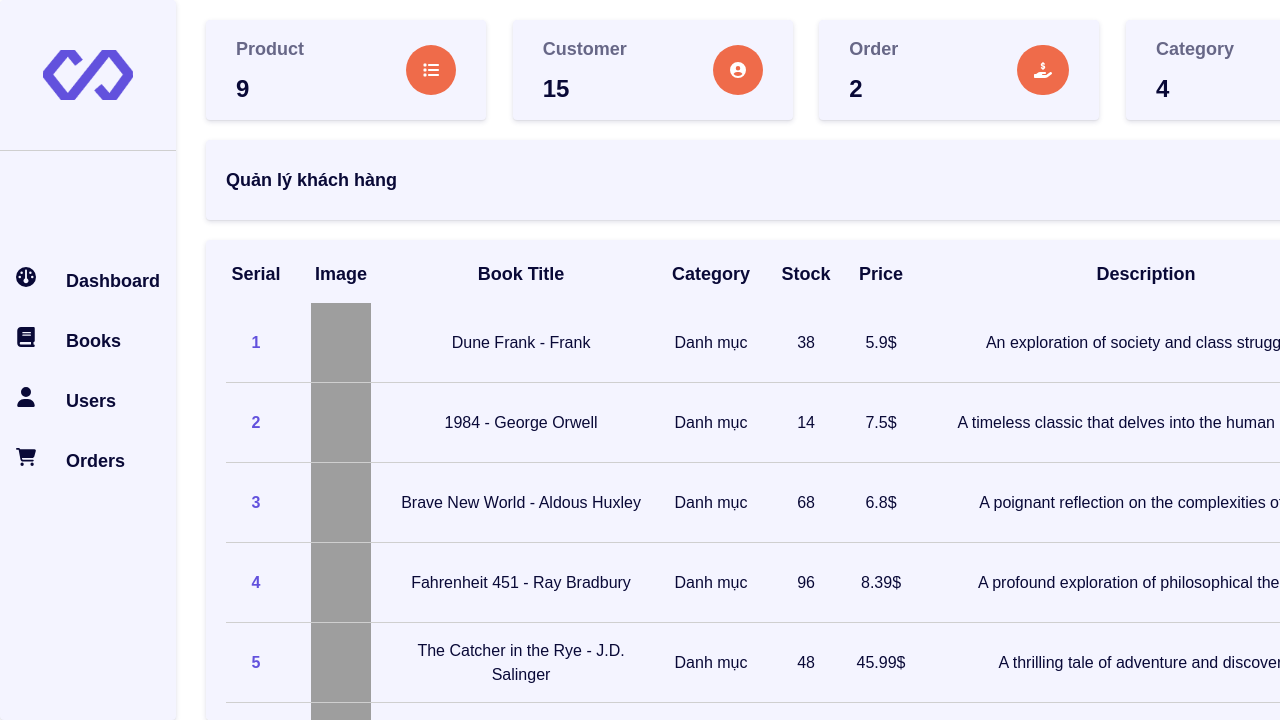
Repository: kauittt/BookStore_FE
Page: / (app in book-store/)
These files come from the project's save history. The page is drawn as it stood at one moment and after the next save; the edit follows.
The browser window is 1280 px wide. The pictures show the whole page.
Pictures or frames that could not be fetched are drawn as grey boxes. An inner scrolling area shows only its first screen. The project was rebuilt for these pictures with package versions that can differ from the ones it lists, and the page was loaded fresh each time. Also part of the build but not shown: book-store/vite.config.js, book-store/src/components/elements/FormInput.jsx, book-store/src/components/login-signup/Login.jsx, book-store/src/components/book/BookItem.jsx, book-store/src/components/book/BookList.jsx, book-store/src/components/elements/BackNavigation.jsx, book-store/src/components/book/BookDetail.jsx, book-store/src/components/cart/QuantitySelector.jsx and 5 more.

Above is the page before, as saved 2024-07-20 14:08:43.

### book-store/src/App.jsx
import Login from "./components/login-signup/Login";
import BookItem from "./components/book/BookItem";
import BookList from "./components/book/BookList";
import BookDetail from "./components/book/BookDetail";
import CartItem from "./components/cart/CartItem";
import Cart from "./components/cart/Cart";
import Checkout from "./components/checkout/Checkout";
import AdminNav from "./components/admin/AdminNav";
import ManageList from "./components/admin/ManageList";
import AdminPage from "./components/admin/AdminPage";
import Card from "./components/elements/Card";

const App = () => {
    //! Width - Height: 1536 - 703
    //! 270 - 255
    //! Width: 0.9
    //! Height: 0.585

    //* Semibold - Normal
    //* 3xl (Tiêu đề to) - lg (To hơn bình thường) - sm (Chú thích nhỏ) - Normal

    const data = [
        {
            image: "https://nhasachphuongnam.com/images/thumbnails/240/290/detailed/287/con-duong-hoi-giao-tb-2024.jpg",
            price: "5.9",
            name: "Dune Frank ",
            author: "Frank ",
        },
        {
            image: "https://i.pinimg.com/474x/57/70/55/5770553158ceac5870925fd79f9699eb.jpg",
            price: "7.5",
            name: "1984",
            author: "George Orwell",
        },
        {
            image: "https://listsach.com/wp-content/uploads/2020/05/bia-sach-dep-ngoi-nha-nghin-hanh-lang.jpg",
            price: "6.8",
            name: "Brave New World",
            author: "Aldous Huxley",
        },
        {
            image: "https://listsach.com/wp-content/uploads/2020/05/quyen-sach-co-bia-dep-khong-gia-dinh.jpg",
            price: "8.39",
            name: "Fahrenheit 451",
            author: "Ray Bradbury",
        },
        {
            image: "https://salt.tikicdn.com/cache/w1200/ts/product/03/ee/cc/9e91a112fb77049e9167f41ef62f832e.jpeg",
            price: "45.99",
            name: "The Catcher in the Rye",
            author: "J.D. Salinger",
        },
        {
            image: "https://intamphuc.vn/wp-content/uploads/2023/06/mau-bia-sach-dep-4.jpg",
            price: "9.2",
            name: "To Kill a Mockingbird",
            author: "Harper Lee",
        },
        {
            image: "https://vietart.co/blog/wp-content/uploads/2014/01/2_thiet_ke_bia_sach_dep_20.jpg",
            price: "5.0",
            name: "The Great Gatsby",
            author: "F. Scott Fitzgerald",
        },
        {
            image: "https://thegioidohoa.com/wp-content/uploads/2017/08/tong-hop-20-mau-bia-sach-doc-dao-nhat-nam-2017-7.jpg",
            price: "6.5",
            name: "Moby Dick",
            author: "Herman Melville",
        },
        {
            image: "https://encrypted-tbn0.gstatic.com/images?q=tbn:ANd9GcRVxy22da304ThgqLt9eKkHoYNLhIEgOL5vLCuA0X--bl323dKTKr0Q_H8tqkGQcfgcqA8&usqp=CAU",
            price: "7.8",
            name: "War and Peace",
            author: "Leo Tolstoy",
        },
        {
            image: "https://intamphuc.vn/wp-content/uploads/2023/06/mau-bia-sach-dep-2.jpg",
            price: "6.0",
            name: "Pride and Prejudice",
            author: "Jane Austen",
        },
    ];

    // Các mô tả mẫu để sử dụng
    const descriptions = [
        "A timeless classic that delves into the human psyche.",
        "An exploration of society and class struggles.",
        "A thrilling tale of adventure and discovery.",
        "A thought-provoking story that challenges conventional wisdom.",
        "A masterpiece of modern literature.",
        "A poignant reflection on the complexities of life.",
        "A gripping narrative that captivates the reader from start to finish.",
        "An emotional journey through love, loss, and redemption.",
        "A profound exploration of philosophical themes.",
        "An unforgettable story of courage and resilience.",
    ];

    // Hàm tạo số lượng ngẫu nhiên từ 1 đến 100
    function getRandomQuantity() {
        return Math.floor(Math.random() * 100) + 1;
    }

    // Hàm tạo mô tả ngẫu nhiên từ danh sách mô tả mẫu
    function getRandomDescription() {
        const index = Math.floor(Math.random() * descriptions.length);
        return descriptions[index];
    }

    // Tạo dữ liệu đa dạng cho mảng data
    const enhancedData = data.map((item) => ({
        ...item,
        quantity: getRandomQuantity(),
        description: getRandomDescription(),
    }));

    const detail = {
        image: "https://nhasachphuongnam.com/images/thumbnails/240/290/detailed/287/con-duong-hoi-giao-tb-2024.jpg",
        price: "5.9",
        name: "Dune",
        author: "Frank Herbert ",
        quantity: 10,
        description:
            "Contrary to popular belief, Lorem Ipsum is not simply random text. It has roots in a piece of classical Latin literature from 45 BC, making it over 2000 years old. Richard McClintock, a Latin professor at Hampden-Sydney College in Virginia, looked up one of the more obscure Latin words, consectetur, from a Lorem Ipsum passage, and going through the cites of the word in classical literature, discovered the undoubtable source. Lorem Ipsum comes from sections",
    };

    //! Sửa chổ quantity*price trong tính cart, checkout
    return (
        // container mx-auto
        <div className="text-text-normal  cursor-default select-none">
            {/* <Card name="Sản phẩm" quantity="15" icon={faList}></Card> */}

            <AdminPage books={enhancedData}></AdminPage>
            {/* <ManageList books={enhancedData}></ManageList> */}
            {/* <AdminNav></AdminNav> */}
            {/* <Checkout books={enhancedData}></Checkout> */}
            {/* <Cart books={enhancedData}></Cart> */}
            {/* <CartItem book={detail}></CartItem> */}
            {/* <BookDetail book={detail}></BookDetail> */}
            {/* <BookList title="Classic" books={data}></BookList> */}
            {/* <Login></Login> */}
        </div>
    );
};

export default App;

### book-store/src/index.css
@tailwind base;

* {
    scrollbar-width: thin;
}

@tailwind components;
@tailwind utilities;

.container {
    width: 100%;
}
@media (min-width: 640px) {
    .container {
        max-width: 640px;
    }
}
@media (min-width: 768px) {
    .container {
        max-width: 768px;
    }
    @media (min-width: 1024px) {
        .container {
            max-width: 1024px;
        }
    }
    @media (min-width: 1280px) {
        .container {
            max-width: 1280px;
        }
    }
    @media (min-width: 1400px) {
        .container,
        .container-lg,
        .container-md,
        .container-sm,
        .container-xl,
        .container-xxl {
            max-width: 1320px;
        }
    }
}

### book-store/src/components/admin/AdminNav.jsx
import PropTypes from "prop-types";
import { FontAwesomeIcon } from "@fortawesome/react-fontawesome";
import {
    faCartShopping,
    faUser,
    faBook,
    faGauge,
} from "@fortawesome/free-solid-svg-icons";

const AdminNav = () => {
    return (
        <div
            className="flex flex-col  gap-[100px]
            font-semibold text-lg  w-[260px]
            bg-bgr-main shadow-custom rounded"
        >
            <div
                className="w-full flex justify-center mt-[50px] pb-[50px]
            border-b border-border"
            >
                <img
                    src="./image/Logo.png"
                    alt="Logo"
                    className="w-[90px] h-[50px]  object-cover"
                />
            </div>

            <div>
                <div
                    className="p-[16px]
            transition-all duration-200 ease-in-out
            group hover:bg-bgr-white hover:shadow-custom rounded
            cursor-pointer"
                >
                    <p className="flex gap-[10px]">
                        <FontAwesomeIcon
                            className="mr-[20px] w-[20px] h-[20px]"
                            icon={faGauge}
                        />
                        Dashboard
                    </p>
                </div>
                <div
                    className="p-[16px]
            transition-all duration-200 ease-in-out
            group hover:bg-bgr-white hover:shadow-custom rounded
            cursor-pointer"
                >
                    <p className="flex gap-[10px]">
                        <FontAwesomeIcon
                            className="mr-[20px] w-[20px] h-[20px]"
                            icon={faBook}
                        />
                        Books
                    </p>
                </div>
                <div
                    className="p-[16px]
            transition-all duration-200 ease-in-out
            group hover:bg-bgr-white hover:shadow-custom rounded
            cursor-pointer"
                >
                    <p className="flex gap-[10px]">
                        <FontAwesomeIcon
                            className="mr-[20px]  w-[20px] h-[20px]"
                            icon={faUser}
                        />
                        Users
                    </p>
                </div>
                <div
                    className="p-[16px]
            transition-all duration-200 ease-in-out
            group hover:bg-bgr-white hover:shadow-custom rounded
            cursor-pointer"
                >
                    <p className="flex gap-[10px]">
                        <FontAwesomeIcon
                            className="mr-[20px] w-[20px] h-[20px]"
                            icon={faCartShopping}
                        />
                        Orders
                    </p>
                </div>
            </div>
        </div>
    );
};

AdminNav.propTypes = {
    book: PropTypes.object,
};
export default AdminNav;

### book-store/src/components/admin/ManageList.jsx
import React from "react";
import PropTypes from "prop-types";
import { FontAwesomeIcon } from "@fortawesome/react-fontawesome";
import {
    faCartShopping,
    faUser,
    faBook,
    faGauge,
} from "@fortawesome/free-solid-svg-icons";
import ManageItem from "./ManageItem";
import FormButton from "./../elements/FormButton";
const ManageList = (props) => {
    const category = [
        {
            group: "Order",
            fields: [
                { name: "Serial", width: "50px" },
                { name: "Customer Name", width: "150px" },
                { name: "Book Title", width: "150px" },
                { name: "Quantity", width: "100px" },
                { name: "Price", width: "100px" },
                { name: "Phone Number", width: "100px" },
                { name: "Address", flex: "1" }, // Use flex for flexible widths
            ],
        },
        {
            group: "Book",
            fields: [
                { name: "Serial", style: "w-[60px] text-center" },
                { name: "Image", style: "w-[80px] text-center" },
                { name: "Book Title", style: "w-[250px] text-center" },
                { name: "Category", style: "w-[100px] text-center" },
                { name: "Stock", style: "w-[60px] text-center" },
                { name: "Price", style: "w-[60px] text-center" },
                { name: "Description", style: "flex-1 text-center" },
            ],
        },
        {
            group: "User",
            fields: [
                { name: "Serial", width: "50px" },
                { name: "Username", width: "150px" },
                { name: "Name", width: "200px" },
                { name: "Role", width: "100px" },
                { name: "Email", width: "200px" },
                { name: "Phone Number", width: "150px" },
                { name: "Address", flex: "1" },
            ],
        },
    ];

    return (
        //* Danh sách sản phẩm
        <div
            className="max-w-[1200px] w-[1200px] p-[20px] pr-[40px]
        flex flex-col gap-[15px] bg-bgr-main shadow-custom rounded
        overflow-y-auto"
        >
            {/*//* Category */}
            <div
                className="flex justify-between items-center gap-[15px]
            font-semibold text-lg"
            >
                {category[1].fields.map((field, index) => (
                    <p key={index} className={`${field.style} `}>
                        {field.name}
                    </p>
                ))}
            </div>

            {/*//* List Item */}
            <div className="flex flex-col max-h-full ">
                {props.books.map((book, index) => (
                    <ManageItem
                        data={book}
                        category={category[1].fields}
                        key={index}
                        index={index}
                    ></ManageItem>
                ))}
            </div>
        </div>
    );
};
ManageList.propTypes = {
    books: PropTypes.array,
};
export default ManageList;

### book-store/src/components/admin/AdminPage.jsx
import React from "react";
import PropTypes from "prop-types";
import ManageList from "./ManageList";
import AdminNav from "./AdminNav";
import Card from "./../elements/Card";
import ManageTitle from "./ManageTitle";
import { FontAwesomeIcon } from "@fortawesome/react-fontawesome";
import {
    faCircleUser,
    faCartShopping,
    faHandHoldingDollar,
    faList,
} from "@fortawesome/free-solid-svg-icons";

const AdminPage = (props) => {
    return (
        <div
            className="flex gap-[30px] justify-between
        max-h-screen overflow-hidden
        "
        >
            {/*//* Left  */}
            <AdminNav></AdminNav>

            {/*//* Right  */}
            <div className="flex flex-col gap-[20px] pt-[20px] pr-[20px]">
                {/*//* Cards  */}
                <div className="flex justify-between items-center ">
                    <Card
                        name="Product"
                        quantity={9}
                        icon={faList}
                        color="#FD5859"
                    ></Card>
                    <Card
                        name="Customer"
                        quantity={15}
                        icon={faCircleUser}
                    ></Card>
                    <Card
                        name="Order"
                        quantity={2}
                        icon={faHandHoldingDollar}
                    ></Card>
                    <Card
                        name="Category"
                        quantity={4}
                        icon={faCartShopping}
                    ></Card>
                </div>

                {/*//* Title  */}
                <ManageTitle
                    name="Quản lý khách hàng"
                    button="Add User"
                ></ManageTitle>

                {/*//* List  */}
                <ManageList books={props.books}></ManageList>
            </div>
        </div>
    );
};

AdminPage.propTypes = {
    books: PropTypes.array,
};
export default AdminPage;

### book-store/src/components/elements/Card.jsx
import React from "react";
import PropTypes from "prop-types";
import { FontAwesomeIcon } from "@fortawesome/react-fontawesome";
import {
    faCircleUser,
    faCartShopping,
    faHandHoldingDollar,
    faList,
} from "@fortawesome/free-solid-svg-icons";
const Card = (props) => {
    return (
        <div
            className="flex items-center justify-between
            w-[280px] h-[100px] bg-bgr-main p-[30px]
        rounded shadow-custom"
        >
            <div className="flex flex-col gap-[10px]">
                <p className="text-lg text-text-light font-semibold">
                    {props.name}
                </p>
                <p className="text-2xl font-semibold">{props.quantity}</p>
            </div>
            <FontAwesomeIcon
                className="p-[17px] rounded-full
             bg-bgr-color text-text-white"
                icon={props.icon}
            />
            {/* <FontAwesomeIcon icon={faCartShopping} />
            <FontAwesomeIcon icon={faHandHoldingDollar} />
            <FontAwesomeIcon icon={faCircleUser} /> */}
        </div>
    );
};

Card.propTypes = {
    name: PropTypes.string,
    quantity: PropTypes.number,
    icon: PropTypes.object,
    color: PropTypes.string,
};
export default Card;

### book-store/src/components/elements/FormButton.jsx
import PropTypes from "prop-types";

const FormButton = ({
    name = "Button",
    main = true,
    type = "button",
    disabled = false,
    ...props
}) => {
    return (
        <button
            type={type}
            disabled={disabled}
            className={`m-w-[100px] w-[100px] m-h-[40px] h-[40px] leading-[40px]
            rounded text-lg font-semibold
            flex items-center justify-center
            cursor-pointer shadow-custom
            transition-all duration-200 ease-in-out
            bg-bgr-white
            ${main ? "bg-bgr-white" : "bg-bgr-white"}
            ${main ? "text-text-color" : "text-bgr-color"}
            ${
                main
                    ? "border border-text-color hover:bg-text-color hover:text-text-white"
                    : "border border-bgr-color hover:bg-bgr-color hover:text-text-white"
            }
            `}
            {...props}
        >
            {name}
        </button>
    );
};

FormButton.propTypes = {
    main: PropTypes.bool,
    name: PropTypes.string.isRequired,
    type: PropTypes.string,
    disabled: PropTypes.bool,
};

export default FormButton;

### book-store/src/components/admin/ManageItem.jsx
import PropTypes from "prop-types";
import { FontAwesomeIcon } from "@fortawesome/react-fontawesome";
import { faPen } from "@fortawesome/free-solid-svg-icons";
import { useState } from "react";
import Modal from "../elements/Modal";

const ManageItem = (props) => {
    // STT | Tên khách | Tên sách | Số lượng | Giá     | Phone | Address
    // STT | Hình      | Tên sách | Danh mục | Tồn kho | Giá   | Mô tả
    // STT | Username  | Name     | Role     | Email   | Phone | Address

    const isImage = props.data.image ? true : false;

    //* Handle model
    const [showModal, setShowModal] = useState(false);
    const [currentData, setCurrentData] = useState({});

    const handleEditClick = () => {
        setCurrentData(props.data);
        setShowModal(true);
    };

    const handleSave = (updatedData) => {
        console.log("Updated data:", updatedData);
        // Add logic to update the data in the parent component or backend
    };

    return (
        <div
            className="flex justify-between  items-center
                gap-[15px] min-h-[80px] h-[80px] relative
                border-b border-border"
        >
            <p
                className={`${props.category[0].style} font-semibold text-text-color`}
            >
                {props.index + 1}
            </p>

            {isImage ? (
                <div
                    className={`${props.category[1].style} h-full
                flex items-center justify-center`}
                >
                    <img
                        className="w-[60px] h-full object-cover"
                        src={props.data.image}
                        alt="Image"
                    />
                </div>
            ) : (
                <p className={`${props.category[1].style} `}>Tăng Khải Minh</p>
            )}

            <p className={`${props.category[2].style} `}>
                {props.data.name + " - " + props.data.author}
            </p>

            <p className={`${props.category[3].style} `}>Danh mục</p>

            <p className={`${props.category[4].style} `}>
                {props.data.quantity}
            </p>

            <p className={`${props.category[5].style} `}>{props.data.price}$</p>

            <p className={`${props.category[6].style} `}>
                {props.data.description}
            </p>

            <FontAwesomeIcon
                className="absolute right-[-38px] p-[10px] rounded cursor-pointer
                text-bgr-color
                transition-all duration-200 ease-in-out
                hover:bg-bgr-color hover:text-text-white  "
                icon={faPen}
                onClick={handleEditClick}
            />

            {showModal && (
                <Modal
                    onClose={() => setShowModal(false)}
                    data={currentData}
                    onSave={handleSave}
                />
            )}
        </div>
    );
};
ManageItem.propTypes = {
    data: PropTypes.object,
    category: PropTypes.array,
    index: PropTypes.number,
};
export default ManageItem;

### book-store/src/components/admin/ManageTitle.jsx
import React from "react";
import PropTypes from "prop-types";
import FormButton from "./../elements/FormButton";

const ManageTitle = (props) => {
    return (
        <div
            className="flex justify-between items-center
        h-[80px] bg-bgr-main p-[20px]
            rounded shadow-custom"
        >
            <p className="font-semibold text-lg">{props.name}</p>
            <FormButton name={props.button}></FormButton>
        </div>
    );
};

ManageTitle.propTypes = {
    name: PropTypes.string,
    button: PropTypes.string,
};

export default ManageTitle;

### book-store/tailwind.config.js
/** @type {import('tailwindcss').Config} */
export default {
    content: ["./index.html", "./src/**/*.{js,ts,jsx,tsx}"],
    theme: {
        colors: {
            //* Background
            "bgr-main": "#F4F4FF",
            "bgr-color": "#EF6B4A", // Màu cam
            "bgr-color-hover": "#C2371E", // Darker for hover
            "bgr-white": "#FFFFFF",

            //* Text
            "text-normal": "#090937",
            "text-color": "#6251DD", // Màu tím
            "text-color-hover": "#4937B8", // Darker for hover
            "text-light": "#676787",
            "text-white": "#FFFFFF",
            "text-error": "#e74c3c", // Màu đỏ
            "text-error-hover": "#c0392b", // Darker for hover

            //* Border
            border: "#cfcfcf",
        },
        extend: {
            fontFamily: {
                sans: ["Manrope", "sans-serif"],
            },
            boxShadow: {
                custom: "rgba(50, 50, 105, 0.15) 0px 2px 5px 0px, rgba(0, 0, 0, 0.05) 0px 1px 1px 0px",
            },
        },
    },
    plugins: [],
};

Loaded but not shown: book-store/index.html (common file); book-store/src/main.jsx (common file)

After the next save:
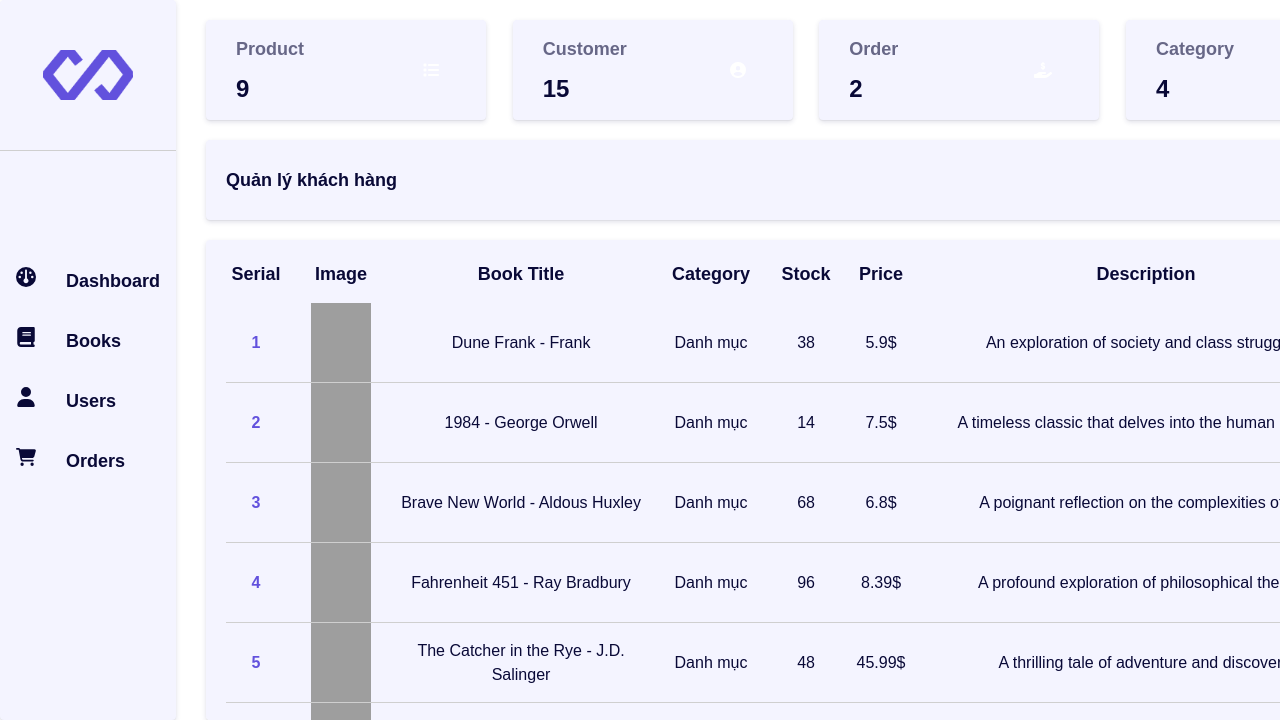
Saved 72 s later.
--- a/book-store/src/components/elements/Card.jsx
+++ b/book-store/src/components/elements/Card.jsx
@@ -21,8 +21,8 @@ const Card = (props) => {
                 <p className="text-2xl font-semibold">{props.quantity}</p>
             </div>
             <FontAwesomeIcon
-                className="p-[17px] rounded-full
-             bg-bgr-color text-text-white"
+                className={`p-[17px] rounded-full
+             bg-${props.color} text-text-white`}
                 icon={props.icon}
             />
             {/* <FontAwesomeIcon icon={faCartShopping} />
